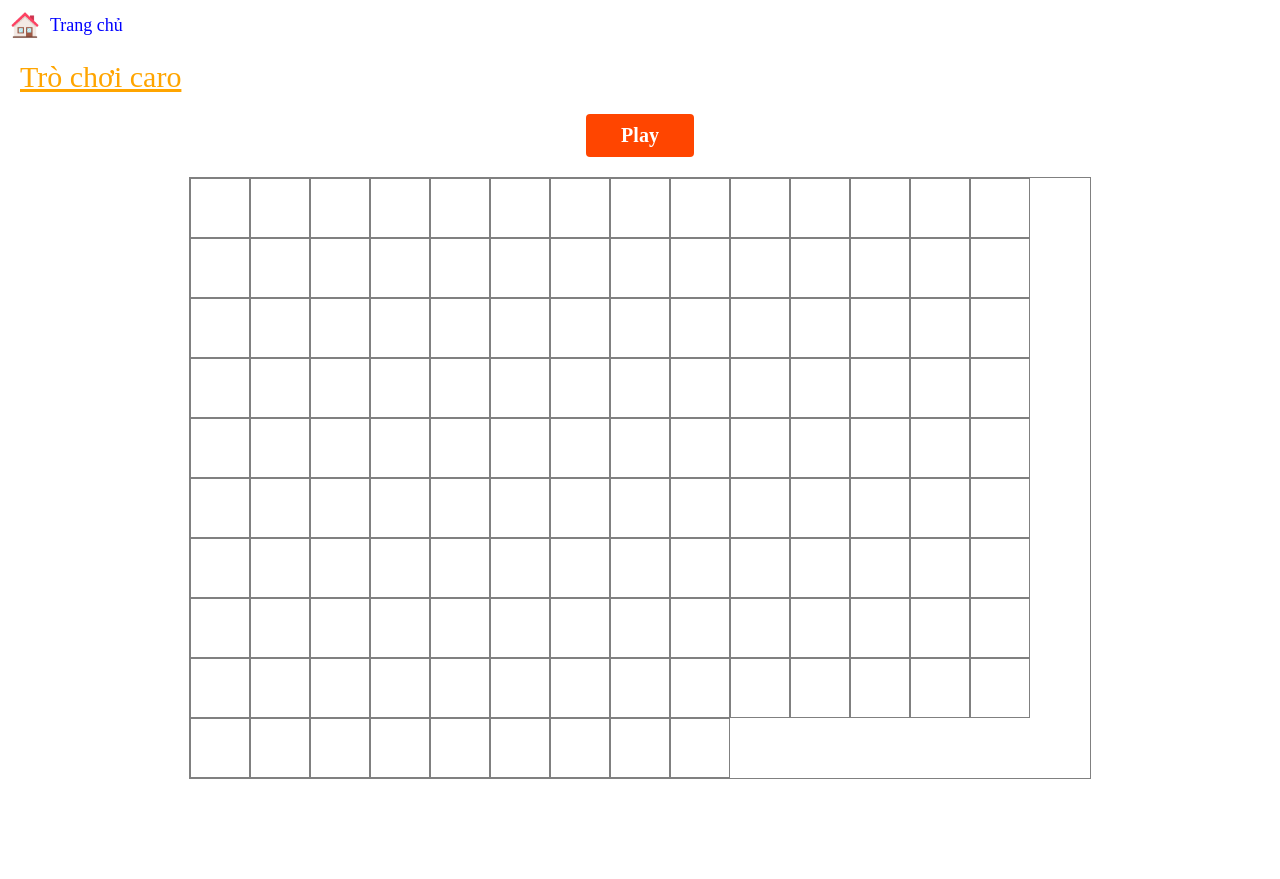
Repository: quynh232000/javascript-basic
Page: Lab6/Lab6_2.html
The author's editor kept a copy of each file at every save. The page is drawn from the files as they stood at one save, then again after the next save.
The browser window is 1280 px wide. The pictures show the whole page.

Above is the page before, as saved 2023-07-27 23:28:35.

After the next save:
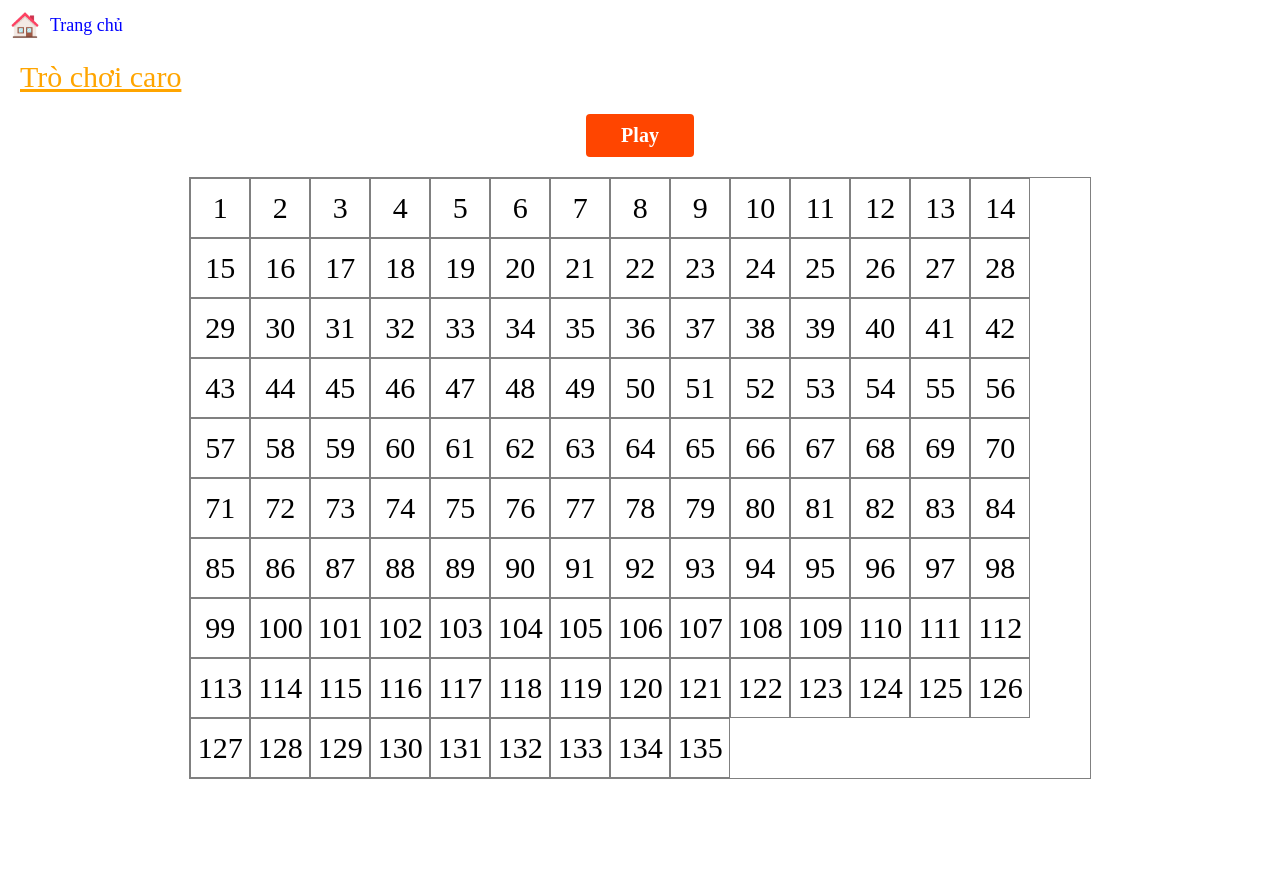
Saved 5 min 23 s later.
--- a/Lab6/Lab6_2.js
+++ b/Lab6/Lab6_2.js
@@ -3,7 +3,7 @@
 const render = () => {
   let html = [];
   for (let i = 1; i < 136; i++) {
-    html.push(`<div class="item" data-index=${i}></div>`);
+    html.push(`<div class="item" data-index=${i}>${i}</div>`);
   }
   wrapperEl.innerHTML = html.join("");
 };

After the save that followed:
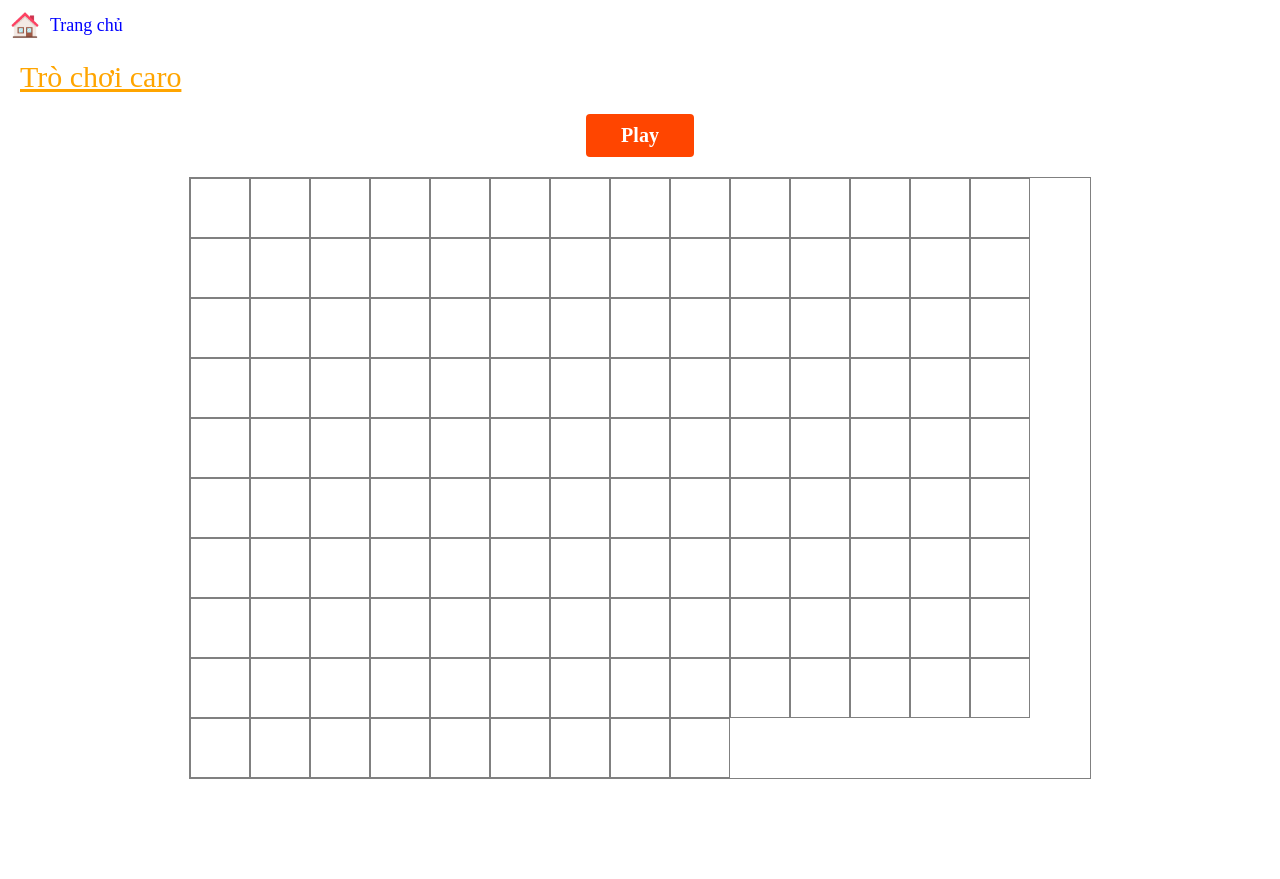
Saved 105 s later.
--- a/Lab6/Lab6_2.js
+++ b/Lab6/Lab6_2.js
@@ -3,7 +3,7 @@
 const render = () => {
   let html = [];
   for (let i = 1; i < 136; i++) {
-    html.push(`<div class="item" data-index=${i}>${i}</div>`);
+    html.push(`<div class="item" data-index=${i}></div>`);
   }
   wrapperEl.innerHTML = html.join("");
 };
